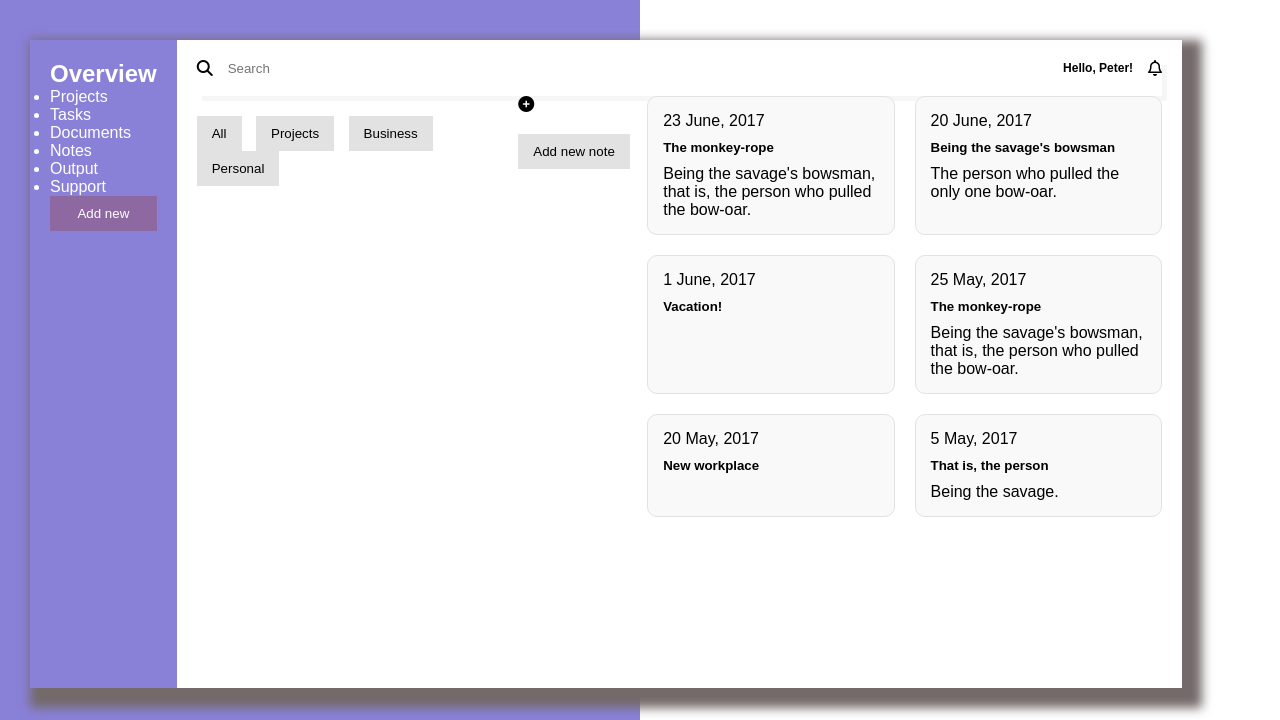
Repository: SatenikGabrielyan/HTML_CSS-_Assignment
Page: index.html
These files come from the project's save history. The page is drawn as it stood at one moment and after a run of saves; the edit follows.
The browser window is 1280 px wide. The pictures show the whole page.
Some web libraries are served in a nearby version.

Above is the page before, as saved 2025-03-17 23:14:32.

### index.html
<!DOCTYPE html>
<html lang="en">
  <head>
    <meta charset="UTF-8" />
    <meta name="viewport" content="width=device-width, initial-scale=1.0" />
    <title>Notes App</title>
    <link rel="stylesheet" href="./style.css" />
    <script src="https://kit.fontawesome.com/858d305f19.js" crossorigin="anonymous"></script>
</head>
  <body>
      <div class="cont">
          <div class="purp"></div>
          <div class="whit"></div>
      </div>
    <div class="container">
      <aside class="sidebar">
        <header>
            <h2>Overview</h2>
        </header>
        <nav>
            <ul>
                <li>Projects</li>
                <li>Tasks</li>
                <li>Documents</li>
                <li>Notes</li>
                <li>Output</li>
                <li>Support</li>
            </ul>
        </nav>
        <button class="add-new">Add new</button>
    </aside>

    <main class="main-content">
       <div class="header">
            <i class="fas fa-search"></i>  <input type="text" placeholder="Search">
            <h3>Hello, Peter!</h3> <i class="fa-regular fa-bell"></i>
    </div>

        <div class="but">
        <div class="tabs">
            <button>All</button>
            <button>Projects</button>
            <button>Business</button>
            <button>Personal</button>
        </div>
        <div >
            <i class="fa-solid fa-circle-plus"></i><button class="add tabs">Add new note</button>
        </div>

        <div class="notes-grid">
            <div class="note-card">
                <h4>23 June, 2017</h4>
                <h5>The monkey-rope</h5>
                <p>Being the savage's bowsman, that is, the person who pulled the bow-oar.</p>
            </div>
            <div class="note-card">
                <h4>20 June, 2017</h4>
                <h5>Being the savage's bowsman</h5>
                <p>The person who pulled the only one bow-oar.</p>
            </div>
            <div class="note-card">
                <h4>1 June, 2017</h4>
                <h5>Vacation!</h5>
            </div>
            <div class="note-card">
                <h4>25 May, 2017</h4>
                <h5>The monkey-rope</h5>
                <p>Being the savage's bowsman, that is, the person who pulled the bow-oar.</p>
            </div>
            <div class="note-card">
                <h4>20 May, 2017</h4>
                <h5>New workplace</h5>
            </div>
            <div class="note-card">
                <h4>5 May, 2017</h4>
                <h5>That is, the person</h5>
                <p>Being the savage.</p>
            </div>
        </div>
    </div>
    </main>

    </div>

  </body>
</html>

### style.css
/* CSS Variables for Colors */
:root {
    --bg-color: #fbfbfb;
    --primary-color: #8981d8;
    --secondary-color: #d0d0d0;
    --text-color: #858499;
    --highlight-color: #7f77cc;
    --hover-color: rgba(137, 129, 216, 0.5);
  }


  * {
    margin: 0;
    padding: 0;
    box-sizing: border-box;
  }

  body {
    font-family: Arial, sans-serif;
    /* background-color: var(--bg-color); */
    display: flex;
    height: 100vh;
  }
  /* .wrapper{
    position: relative;
  } */

  .cont{
      display: flex;
      width: 100%;
      position: relative;
      z-index: -1;
      border-radius: 10px;
  }
.purp {
    width: 50%;
    background-color: var(--primary-color);
    flex-direction: row;
}
.whit {
    width: 50%;
    /* background-color: lightgray; */
    flex-direction: row;
}
  .container {
    display: flex;
    width: 90%;
    height: 90%;

    box-shadow: 10px 10px 10px 10px rgb(116, 106, 106);
    margin-left: 30px;
    margin-right: 30px;
    margin-top: 40px;
    margin-bottom: 80px;
    background: center;
    position: absolute;
    z-index: 2;
  }

   .sidebar {
    width: 150px;
    background-color: var(--primary-color);
    color: #fff;
    display: flex;
    flex-direction: column;
    padding: 20px;
  }

  .main-content li {
    float: left;
  }

  .main-content li a {
    display: block;
    color: white;
    text-align: center;
    padding: 14px 16px;
    text-decoration: none;
  }

  .main-content li a:hover:not(.active) {
    background-color: #111;
  }

  .sidebar-header h2 {
    margin-bottom: 20px;
  }

  .sidebar-list {
    list-style: none;
  }

  .sidebar-list li {
    margin: 15px 0;
    display: flex;
    align-items: center;
    cursor: pointer;
  }

  .sidebar-list li i {
    margin-right: 10px;
  }

  .main-content {
    background-color: white;
    /* width: 200px; */
    flex-grow: 1;
    /* flex: 1; */
    /* padding-top: 20px; */
     padding: 20px;
    /* overflow-y: auto;  */
  }

   /* header {
    display: flex;
    justify-content: space-between;
    align-items: center;
    margin-bottom: 20px;
  } */

  /*
  .header-left p {
    font-size: 1.2em;
    color: var(--text-color);
  }

  .header-right {
    display: flex;
    align-items: center;
  }

  .header-right i {
    margin-right: 20px;
    cursor: pointer;
  }

  .add-note-btn {
    background-color: var(--primary-color);
    color: #fff;
    border: none;
    padding: 10px 20px;
    cursor: pointer;
    display: flex;
    align-items: center;
  }

  .add-note-btn i {
    margin-right: 10px;
  }


  .notes-grid {
    display: grid;
    grid-template-columns: repeat(auto-fill, minmax(300px, 1fr));
    gap: 20px;
  }

  .note-item {
    background-color: #fff;
    border-radius: 8px;
    box-shadow: 0 2px 4px rgba(0, 0, 0, 0.1);
    overflow: hidden;
    display: flex;
    flex-direction: column;
    padding: 20px;
  }

  .note-item img {
    width: 100%;
    height: auto;
    border-radius: 8px;
    margin-bottom: 15px;
  }

  .note-item p {
    color: var(--text-color);
    font-size: 1em;
    line-height: 1.5;
  }


  .sidebar-list li:hover {
    background-color: var(--highlight-color);
    transition: background-color 0.3s ease;
  }


  @media (max-width: 768px) {
    .container {
      flex-direction: column;
    }

    .sidebar {
      width: 100%;
      flex-direction: row;
      justify-content: space-around;
      padding: 10px;
    }

    .sidebar-list {
      display: flex;
      flex-direction: row;
      gap: 15px;
    }

    .sidebar-list li {
      margin: 0;
    }

    .main-content {
      padding: 10px;
    }

    header {
      flex-direction: column;
      align-items: flex-start;
    }

    .header-right {
      margin-top: 10px;
    }

    .notes-grid {
      grid-template-columns: 1fr;
    }

    .note-item {
      padding: 10px;
    }

    .note-item img {
      margin-bottom: 10px;
    }
  } */
  /* .sidebar {
    background-color: #5e4b9a;
    color: white;
    width: 300px;
    padding: 20px;
} */

/* .sidebar header {
    font-size: 24px;
}

.sidebar nav ul {
    list-style: none;
    padding: 0;
}

.sidebar nav ul li {
    margin: 15px 0;
} */

.add-new {
    background-color: #8e68a0;
    color: white;
    border: none;
    padding: 10px;
    cursor: pointer;
}



.header {
    display: flex;
    width: 100%;
    justify-content: space-between;
    align-items: center;
    background-color: white;
    box-shadow: 5px  5px rgb(247, 246, 246);
    padding-bottom: 20px;
}

.header input {
    border: none;
    margin: 0;
    width: 85%;
}

.header h3 {
    margin: 0;
    font-size: 12px;
    /* color: lightgrey; */
}

.tabs {
    margin: 20px 0;
}
/* .proj {
    background-color: lightgrey;
} */
.tabs button {
    margin-right: 10px;
    padding: 10px 15px;
    border: none;
    background-color: #e2e2e2;
    cursor: pointer;
}

.notes-grid {
    display: grid;
    grid-template-columns: repeat(auto-fill, minmax(240px, 1fr));
    gap: 20px;
}
.but{
    display: flex;
    flex-direction: row;
    justify-content: space-between;
}
.add {
    margin-right: 10px;
    padding: 10px 15px;
    border: none;
    background-color: #e2e2e2;
    cursor: pointer;

}

.note-card {
    border: 1px solid #e2e2e2;
    border-radius: 10px;
    padding: 15px;
    background-color: #f9f9f9;
}

.note-card h4 {
    margin: 0;
    font-weight: normal;
}

.note-card h5 {
    margin: 10px 0;
}

After the next 2 saves:
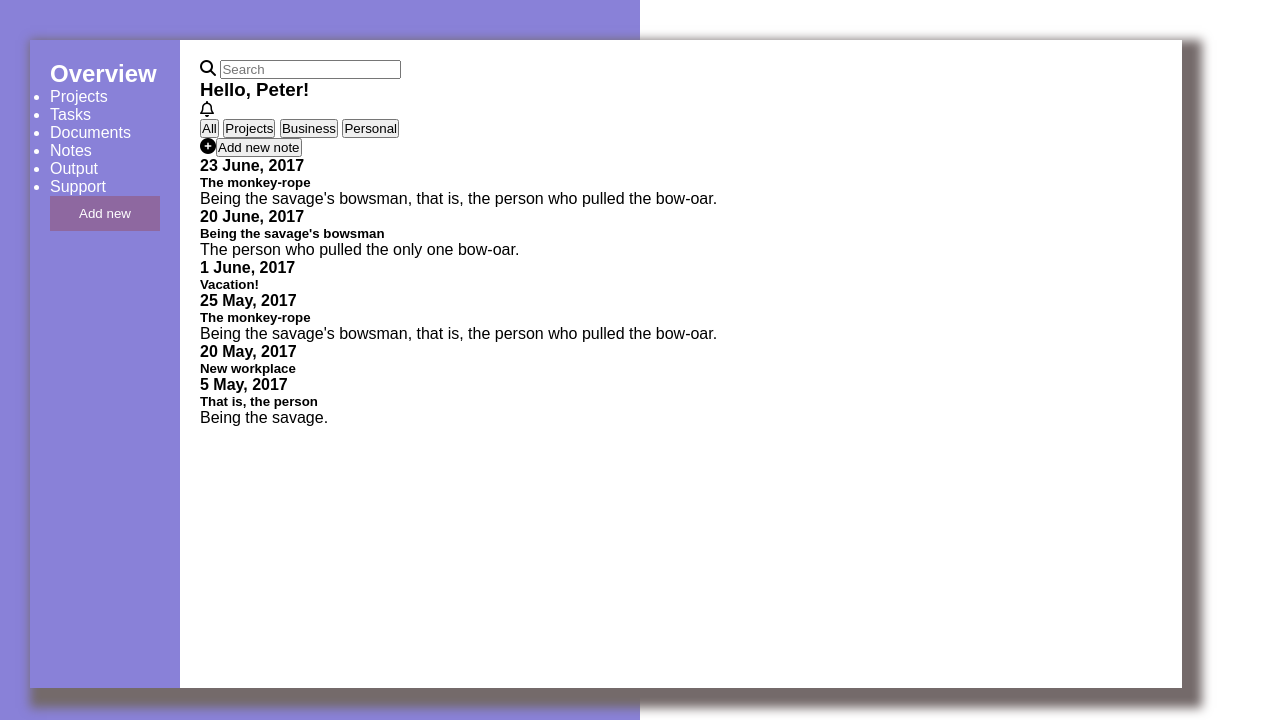
The 2 saves are shown as one change because they came seconds apart.
The last was saved 9 s later.
--- a/style.css
+++ b/style.css
@@ -258,8 +258,7 @@
     border: none;
     padding: 10px;
     cursor: pointer;
-}
-
+z
 
 
 .header {

After the save that followed:
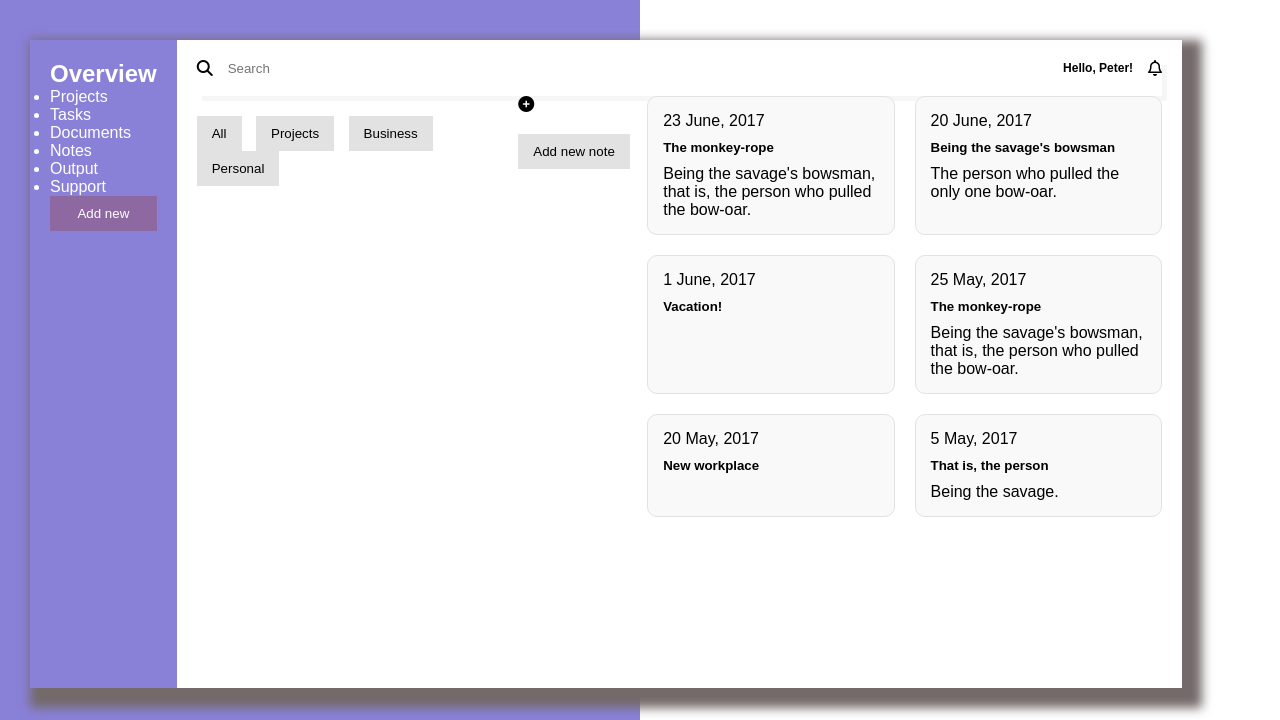
Saved 6 s later.
--- a/style.css
+++ b/style.css
@@ -258,7 +258,8 @@
     border: none;
     padding: 10px;
     cursor: pointer;
-z
+}
+
 
 
 .header {
